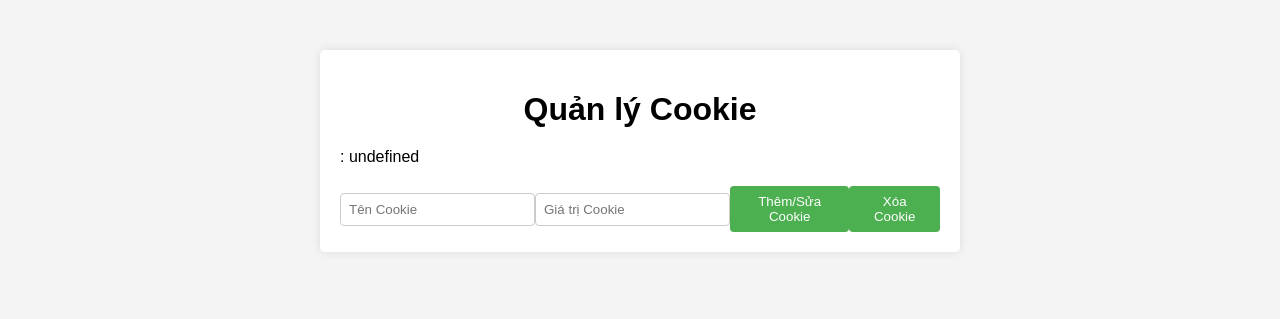
Repository: 3KAER/lab03_phan2
Page: lab04/phan1_bai2/index1.html
An editor plug-in stored every save of this project. The page is shown before and after the next save, followed by the edit.
The browser window is 1280 px wide. The pictures show the whole page.

Above is the page before, as saved 2024-04-22 03:20:56.

After the next save:
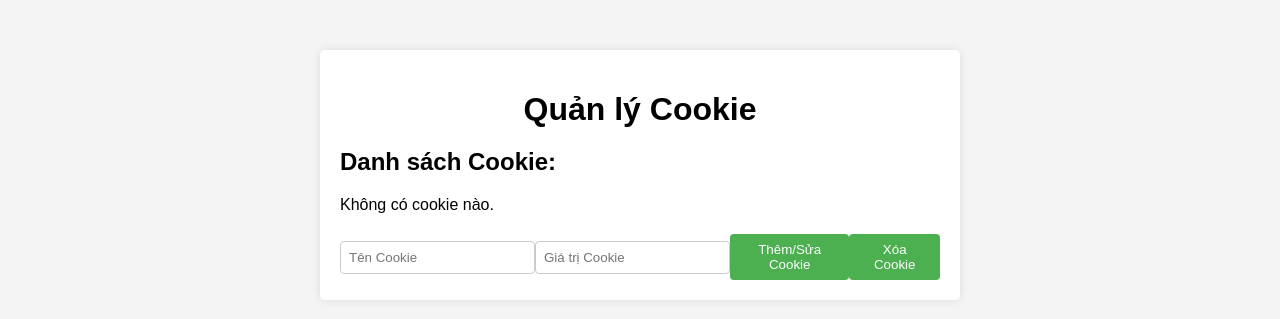
Console error: TypeError: Cannot read properties of null (reading 'addEventListener')
Saved 13 s later.
--- a/lab04/phan1_bai2/script.js
+++ b/lab04/phan1_bai2/script.js
@@ -1,40 +1,49 @@
-function displayCookies() {
-    var cookies = document.cookie.split("; ");
-    var cookieList = document.getElementById("cookie-list");
-    cookieList.innerHTML = "";
-    cookies.forEach(function(cookie) {
-        var parts = cookie.split("=");
-        var name = parts[0];
-        var value = parts[1];
-        var listItem = document.createElement("div");
-        listItem.textContent = name + ": " + value;
-        listItem.classList.add("cookie-item");
-        listItem.onclick = function() {
-            document.getElementById("cookie-name").value = name;
-            document.getElementById("cookie-value").value = value;
-        };
-        cookieList.appendChild(listItem);
+document.addEventListener('DOMContentLoaded', function() {
+    displayCookies();
+
+    const form = document.getElementById('cookie-form');
+    form.addEventListener('submit', function(event) {
+        event.preventDefault();
+        const name = form.name.value;
+        const value = form.value.value;
+        setCookie(name, value);
+        displayCookies();
+        form.reset();
     });
+
+    const cookieList = document.getElementById('cookie-list');
+    cookieList.addEventListener('click', function(event) {
+        if (event.target.classList.contains('delete')) {
+            const name = event.target.dataset.name;
+            deleteCookie(name);
+            displayCookies();
+        }
+    });
+});
+
+function setCookie(name, value) {
+    document.cookie = `${encodeURIComponent(name)}=${encodeURIComponent(value)}; path=/`;
 }
 
-function addCookie() {
-    var name = document.getElementById("cookie-name").value;
-    var value = document.getElementById("cookie-value").value;
-    document.cookie = name + "=" + value;
-    displayCookies();
+function deleteCookie(name) {
+    document.cookie = `${encodeURIComponent(name)}=; expires=Thu, 01 Jan 1970 00:00:00 UTC; path=/;`;
 }
 
-function editCookie() {
-    var name = document.getElementById("cookie-name").value;
-    var value = document.getElementById("cookie-value").value;
-    document.cookie = name + "=" + value;
-    displayCookies();
+function displayCookies() {
+    const cookies = document.cookie.split(';').map(cookie => cookie.trim());
+    const cookieList = document.getElementById('cookie-list');
+    cookieList.innerHTML = '<h2>Danh sách Cookie:</h2>';
+    if (cookies[0] === '') {
+        cookieList.innerHTML += '<p>Không có cookie nào.</p>';
+    } else {
+        cookies.forEach(cookie => {
+            const [name, value] = cookie.split('=');
+            cookieList.innerHTML += `
+                <div>
+                    <strong>${decodeURIComponent(name)}</strong>: ${decodeURIComponent(value)}
+                    <button class="delete" data-name="${decodeURIComponent(name)}">Xóa</button>
+                </div>
+            `;
+        });
+    }
 }
-
-function deleteCookie() {
-    var name = document.getElementById("cookie-name").value;
-    document.cookie = `${name}=; expires=Thu, 01 Jan 1970 00:00:00 UTC; path=/`;
-        displayCookies();
-}
-
-displayCookies();
